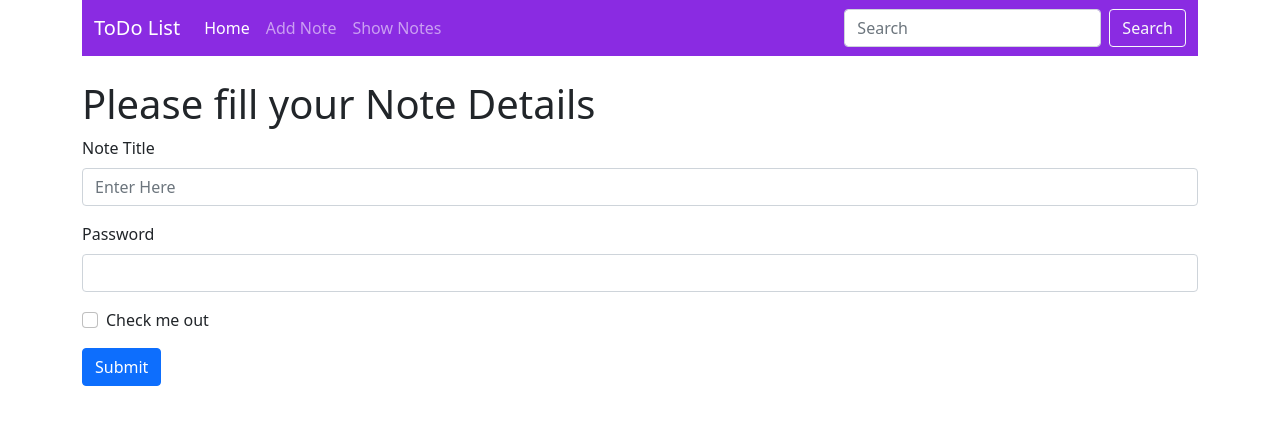
Repository: VishalSalvi17/Hibernate
Page: http://localhost/ToDoList/addnote.jsp
The author's editor kept a copy of each file at every save. The page is drawn from the files as they stood at one save, then again after the next save.
The browser window is 1280 px wide. The pictures show the whole page.
The page is served by Tomcat 9.

Above is the page before, as saved 2023-03-16 10:56:09.

After the next save:
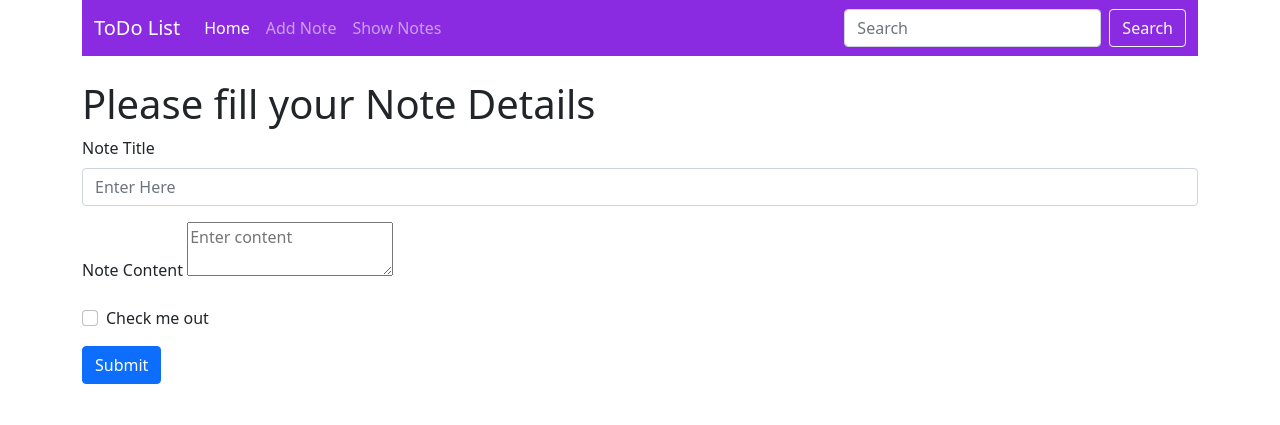
Saved 89 s later.
--- a/ToDoList/src/main/webapp/addnote.jsp
+++ b/ToDoList/src/main/webapp/addnote.jsp
@@ -25,9 +25,8 @@
 
 			</div>
 			<div class="mb-3">
-				<label for="exampleInputPassword1" class="form-label">Password</label>
-				<input type="password" class="form-control"
-					id="exampleInputPassword1">
+				<label for="exampleInputPassword1" class="form-label">Note Content</label>
+				<textarea id="content" placeholder ="Enter content" rows="" cols=""></textarea>
 			</div>
 			<div class="mb-3 form-check">
 				<input type="checkbox" class="form-check-input" id="exampleCheck1">
